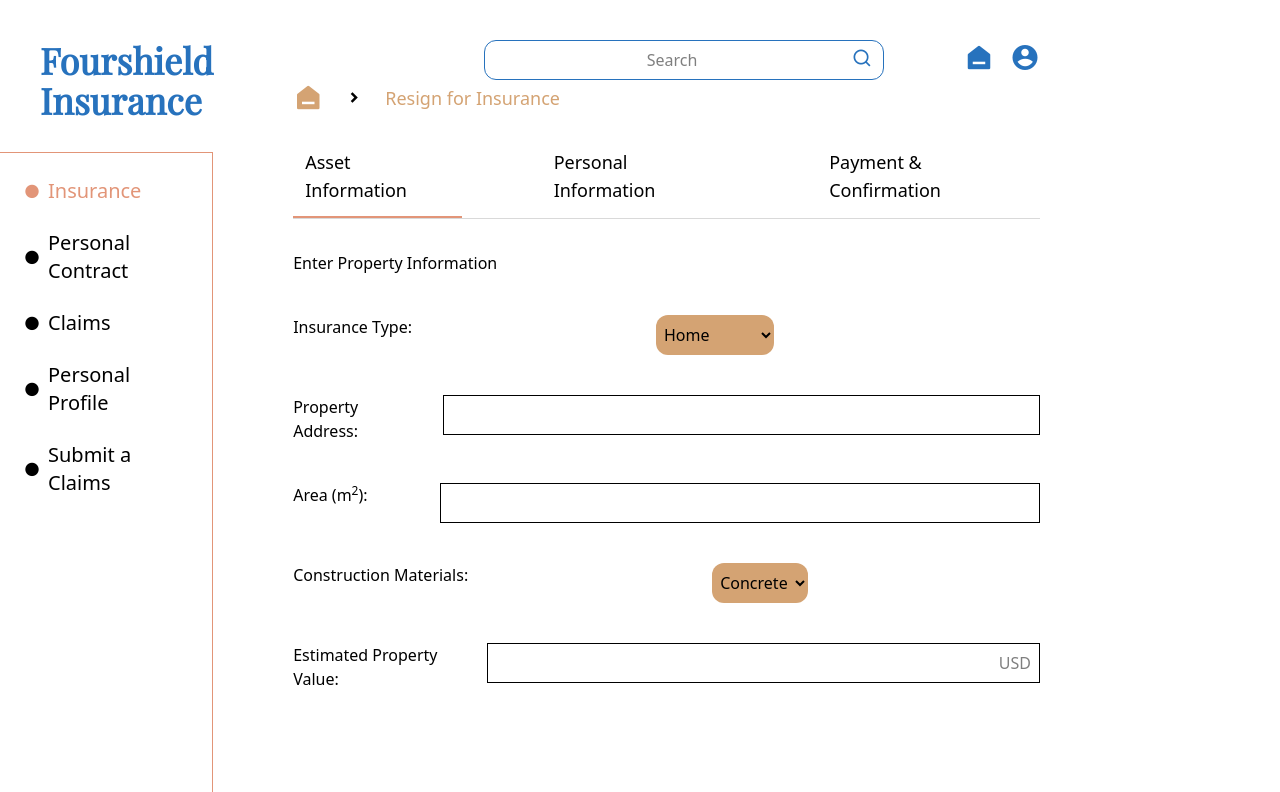
Repository: MockProject9920/MockProject_022025_Nhom4
Page: / (app in frontend/)
The author's editor kept a copy of each file at every save. The page is drawn from the files as they stood at one save, then again after the next save.
The browser window is 1280 px wide. The pictures show the whole page.
The project was rebuilt for these pictures with package versions that can differ from the ones it lists, and the page was loaded fresh each time. Also part of the build but not shown: frontend/vite.config.js, frontend/src/pages/Login.jsx.

Above is the page before, as saved 2025-03-05 16:39:33.

### frontend/index.html
<!DOCTYPE html>

<html lang="en">
  <head>
    <meta charset="UTF-8" />
    <link rel="icon" type="image/svg+xml" href="/vite.svg" />
    <meta name="viewport" content="width=device-width, initial-scale=1.0" />
    <title>Vite + React</title>
  </head>
  <body>
    <div id="root"></div>
    <script type="module" src="/src/main.jsx"></script>
  </body>
</html>

### frontend/src/index.css
@import "tailwindcss";
@import "remixicon/fonts/remixicon.css";
/*  font-family: system-ui, Avenir, Helvetica, Arial, sans-serif;
  line-height: 1.5;
  font-weight: 400;

  color-scheme: light dark;
  color: rgba(255, 255, 255, 0.87);
  background-color: #242424;

  font-synthesis: none;
  text-rendering: optimizeLegibility;
  -webkit-font-smoothing: antialiased;
  -moz-osx-font-smoothing: grayscale;
}

a {
  font-weight: 500;
  color: #646cff;
  text-decoration: inherit;
}
a:hover {
  color: #535bf2;
}

body {
  margin: 0;
  display: flex;
  place-items: center;
  min-width: 320px;
  min-height: 100vh;
}

h1 {
  font-size: 3.2em;
  line-height: 1.1;
}

button {
  border-radius: 8px;
  border: 1px solid transparent;
  padding: 0.6em 1.2em;
  font-size: 1em;
  font-weight: 500;
  font-family: inherit;
  background-color: #1a1a1a;
  cursor: pointer;
  transition: border-color 0.25s;
}
button:hover {
  border-color: #646cff;
}
button:focus,
button:focus-visible {
  outline: 4px auto -webkit-focus-ring-color;
}

@media (prefers-color-scheme: light) {
  :root {
    color: #213547;
    background-color: #ffffff;
  }
  a:hover {
    color: #747bff;
  }
  button {
    background-color: #f9f9f9;
  }
} */

### frontend/src/App.jsx
import AssetInformation from "./pages/AssetInformation";
import Login from "./pages/Login";

function App() {
  return (
    <>
      <AssetInformation />
    </>
  );
}

export default App;

### frontend/src/pages/AssetInformation.jsx
import React from "react";
import "@fontsource/playfair-display";

function AssetInformation() {
  return (
    <div className="flex space-x-0 py-10 h-screen w-screen">
      <div className="w-[280px] space-y-8 h-full">
        <p
          className="text-4xl text-[#2772BD] font-bold pl-10"
          style={{ fontFamily: "Playfair Display" }}
        >
          Fourshield Insurance
        </p>
        <div className="space-y-6 h-full p-6  border-t-1 border-r-1 border-t-[#E29578] border-r-[#E29578]">
          <div className="flex space-x-2 items-center">
            <i class="ri-circle-fill text-[#E29578]"></i>
            <p className="text-xl text-[#E29578]">Insurance</p>
          </div>
          <div className="flex space-x-2 items-center">
            <i class="ri-circle-fill"></i>
            <p className="text-xl">Personal Contract</p>
          </div>
          <div className="flex space-x-2 items-center">
            <i class="ri-circle-fill"></i>
            <p className="text-xl">Claims</p>
          </div>
          <div className="flex space-x-2 items-center">
            <i class="ri-circle-fill"></i>
            <p className="text-xl">Personal Profile</p>
          </div>
          <div className="flex space-x-2 items-center">
            <i class="ri-circle-fill"></i>
            <p className="text-xl">Submit a Claims</p>
          </div>
        </div>
      </div>

      <div className=" w-full  mr-60">
        <div className=" flex space-x-20 justify-end ">
          <div className="relative">
            <input
              placeholder="Search"
              className="w-100 h-10 border border-[#2772BD] text-center py-2 pr-10 pl-4 rounded-xl"
            />
            <i className="ri-search-line absolute right-3 top-[18px] transform -translate-y-1/2 text-[#2772BD] text-xl"></i>
          </div>

          <div className="flex space-x-4 text-[#2772BD] text-2xl">
            <i className="ri-home-6-fill text-3xl"></i>
            <i className="ri-account-circle-fill text-3xl"></i>
          </div>
        </div>

        <div
          className="flex space-x-4 w-full ml-20 items-center
        "
        >
          <i className="ri-home-6-fill text-3xl text-[#D4A373]"></i>
          <i class="ri-arrow-drop-right-line text-3xl"></i>
          <p className="text-lg text-[#D4A373]">Resign for Insurance</p>
        </div>

        <div className="flex space-x-20 ml-20 mt-5 justify-center border-b-1 border-b-[#D9D9D9]">
          <p className="text-lg p-3 border-b-2 border-b-[#E29578] z-10">
            Asset Information
          </p>
          <p className="text-lg p-3 ">Personal Information</p>
          <p className="text-lg p-3 ">Payment & Confirmation</p>
        </div>

        <div className="ml-20 mt-8 space-y-10">
          <p className="font-medium">Enter Property Information</p>

          <div className="flex space-x-4">
            <p className="font-medium">Insurance Type:</p>
            <select className="h-10 p-1 ml-57 rounded-xl bg-[#D4A373]">
              <option className="bg-white" value="Home">
                Home
              </option>
              <option className="bg-white" value="Apartment">
                Apartment
              </option>
              <option className="bg-white" value="Commercial">
                Commercial
              </option>
            </select>
          </div>
          <div className="flex space-x-4 w-full justify-between">
            <p className="font-medium">Property Address:</p>
            <input className="border-1 w-150 h-10"></input>
          </div>
          <div className="flex space-x-4 w-full justify-between">
            <p className="font-medium">
              Area (m<sup>2</sup>):
            </p>
            <input className="border-1 w-150 h-10"></input>
          </div>
          <div className="flex space-x-4">
            <p className="font-medium">Construction Materials:</p>
            <select className="h-10 p-1 ml-57 rounded-xl bg-[#D4A373]">
              <option className="bg-white" value="Concrete">
                Concrete
              </option>
              <option className="bg-white" value="ApaBrickrtment">
                Brick
              </option>
              <option className="bg-white" value="Wood">
                Wood
              </option>
              <option className="bg-white" value="Other">
                Other
              </option>
            </select>
          </div>
          <div className="flex space-x-4 w-full justify-between">
            <p className="font-medium">Estimated Property Value:</p>
            <input
              placeholder="USD"
              className="text-right p-2 border-1 w-150 h-10"
            ></input>
          </div>
        </div>
      </div>
    </div>
  );
}

export default AssetInformation;

Loaded but not shown: frontend/src/main.jsx (common file)

After the next save:
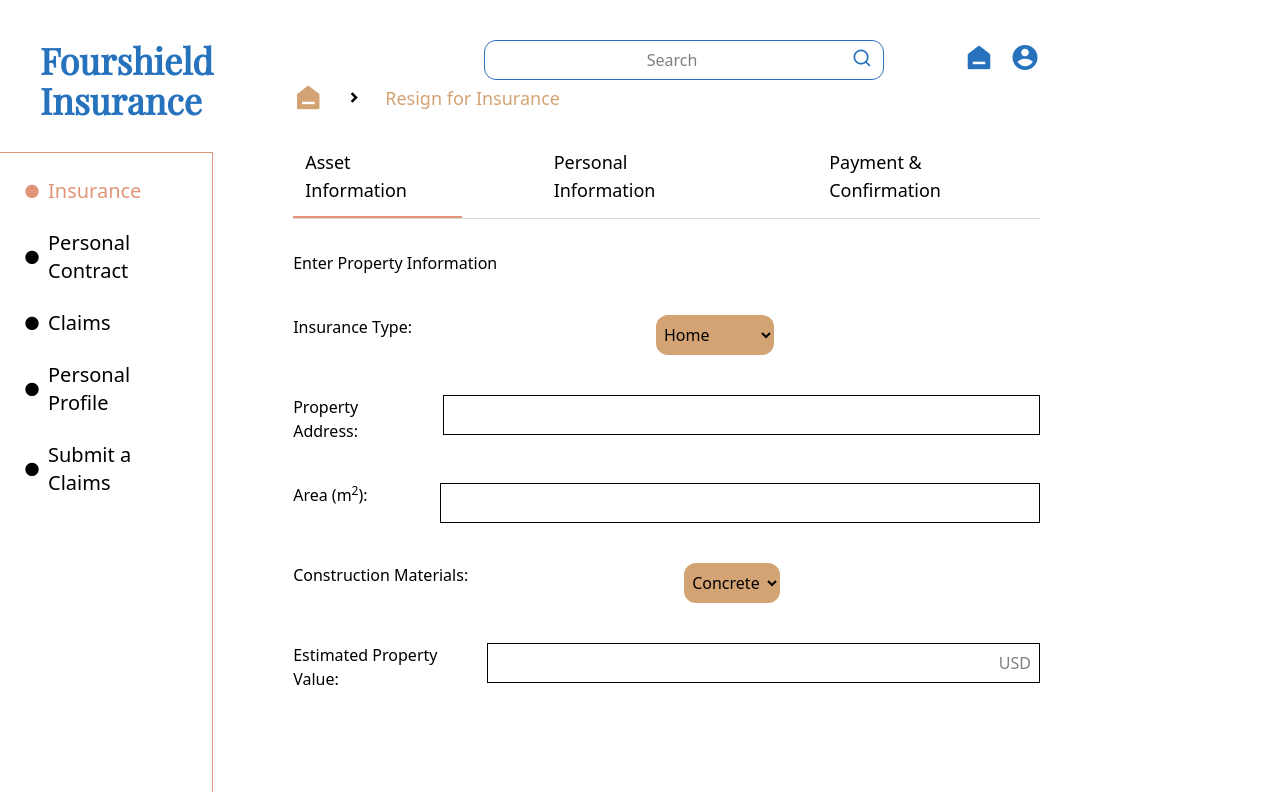
Saved 13 s later.
--- a/frontend/src/pages/AssetInformation.jsx
+++ b/frontend/src/pages/AssetInformation.jsx
@@ -97,7 +97,7 @@ function AssetInformation() {
           </div>
           <div className="flex space-x-4">
             <p className="font-medium">Construction Materials:</p>
-            <select className="h-10 p-1 ml-57 rounded-xl bg-[#D4A373]">
+            <select className="h-10 p-1 ml-50 rounded-xl bg-[#D4A373]">
               <option className="bg-white" value="Concrete">
                 Concrete
               </option>
